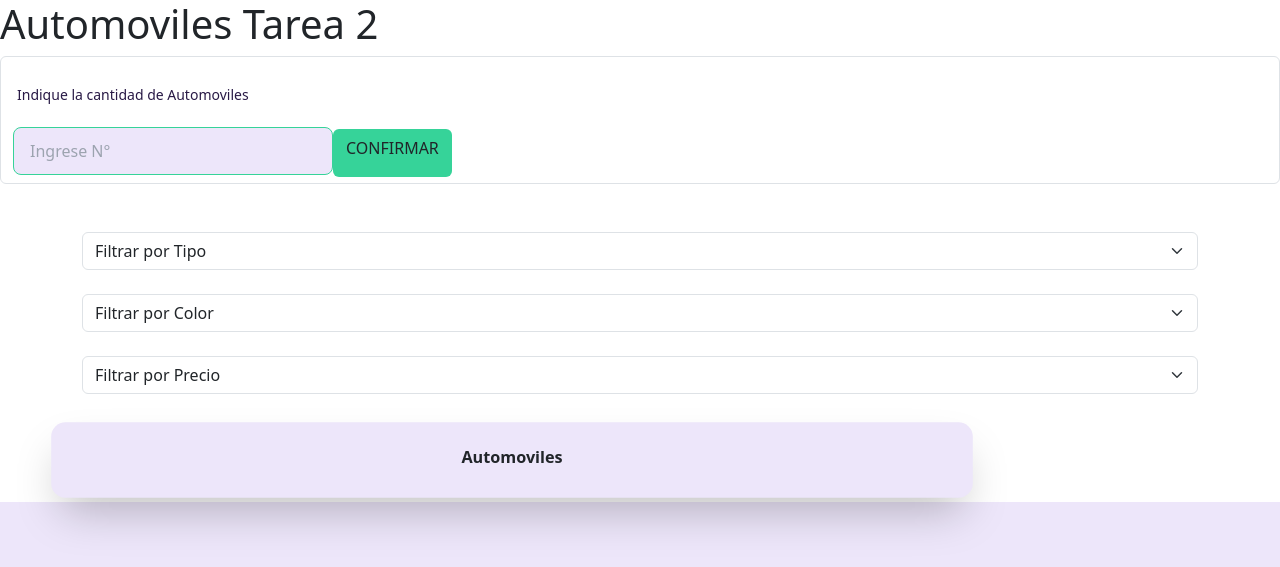
Repository: Claudioxs/Tarea2
Page: /automovil (app in FrontEnd/vue-project/)
These files come from the project's save history. The page is drawn as it stood at one moment and after the next save; the edit follows.
The browser window is 1280 px wide. The pictures show the whole page.
The project was rebuilt for these pictures with package versions that can differ from the ones it lists, and the page was loaded fresh each time. Also part of the build but not shown: FrontEnd/vue-project/vite.config.js, FrontEnd/vue-project/src/components/HelloWorld.vue.

Above is the page before, as saved 2023-05-22 23:47:04.

After the next save:
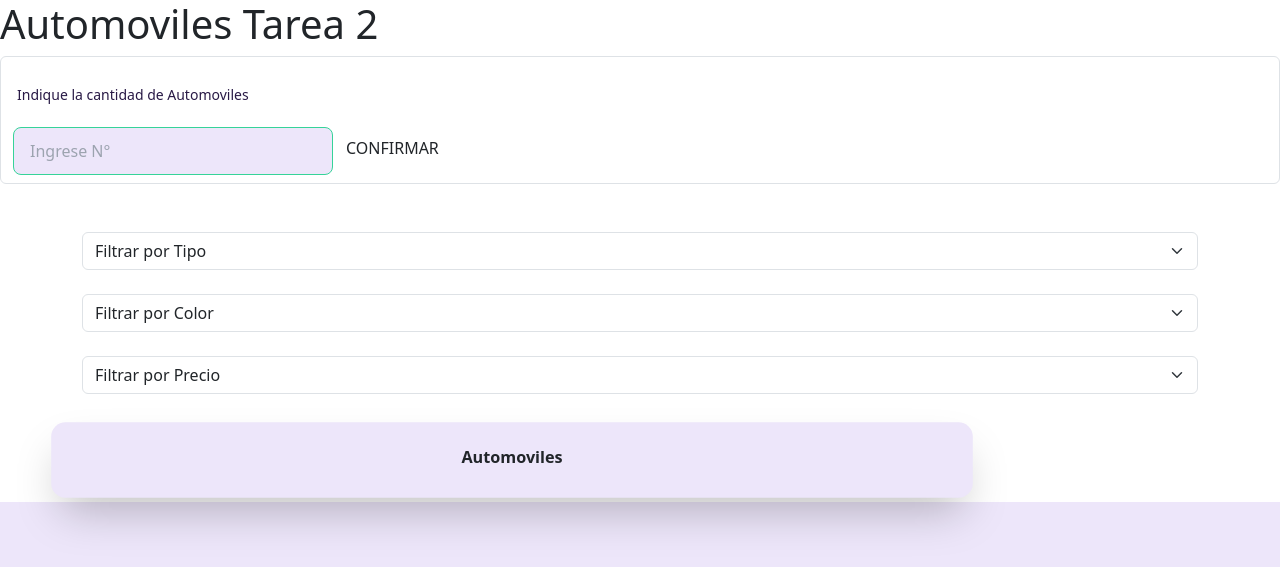
Saved 3 min 14 s later.
--- a/FrontEnd/vue-project/src/views/Automovil.vue
+++ b/FrontEnd/vue-project/src/views/Automovil.vue
@@ -12,7 +12,7 @@
   </label>
  <div class="modal-start"  >
   <input type="number" placeholder="Ingrese N°" class="input input-bordered input-success w-full max-w-xs" />
-    <label for="ModalBorrar"  @click="crearAutomovil(label-text)" class="btn" style="background-color: #36D399">Confirmar</label>
+    <label for="ModalBorrar"  @click="crearAutomovil(label-text)" class="btn" style="background-color: #36D399 padding:50px;"  >Confirmar</label>
   </div>
 </div>
 <br><br>
@@ -62,9 +62,7 @@
    padding-right: 900px;
 
 }
-.modal-start{
-position: relative;
-}
+
 
 
 </style>

After the 3 saves that followed:
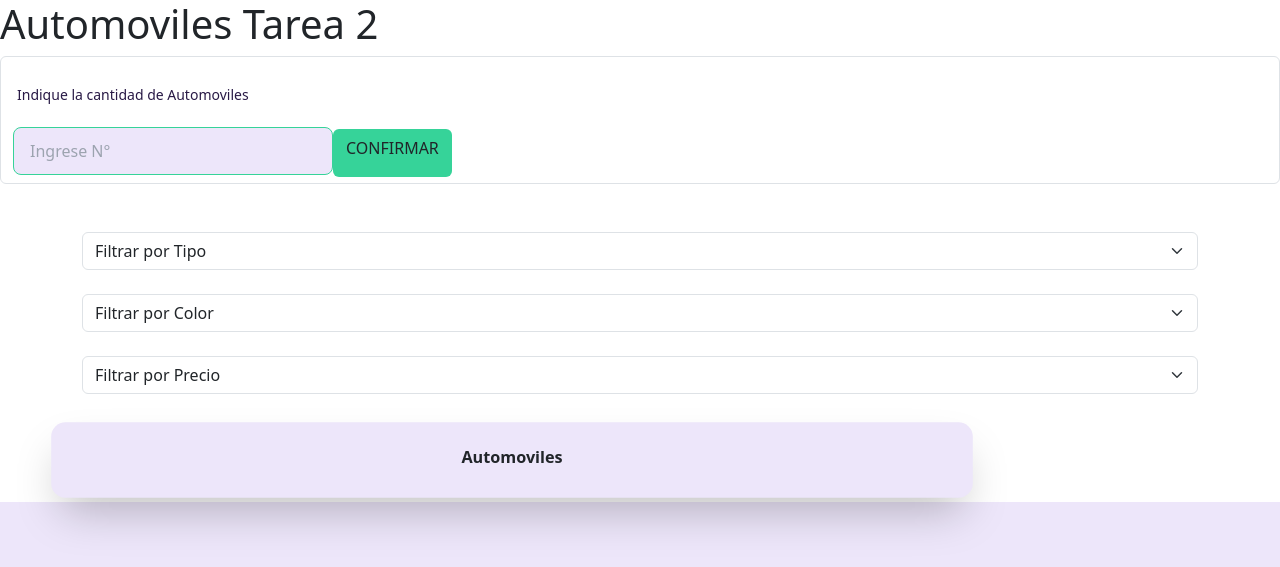
The 3 saves are shown as one change because 2 left the picture as it was.
The last was saved 58 s later.
--- a/FrontEnd/vue-project/src/views/Automovil.vue
+++ b/FrontEnd/vue-project/src/views/Automovil.vue
@@ -12,7 +12,7 @@
   </label>
  <div class="modal-start"  >
   <input type="number" placeholder="Ingrese N°" class="input input-bordered input-success w-full max-w-xs" />
-    <label for="ModalBorrar"  @click="crearAutomovil(label-text)" class="btn" style="background-color: #36D399 padding:50px;"  >Confirmar</label>
+    <label for="ModalBorrar"  @click="crearAutomovil(label-text)" class="btn" style="background-color: #36D399">Confirmar</label>
   </div>
 </div>
 <br><br>
@@ -62,6 +62,9 @@
    padding-right: 900px;
 
 }
+.btn{
+  padding-left: 50px;
+}
 
 
 
